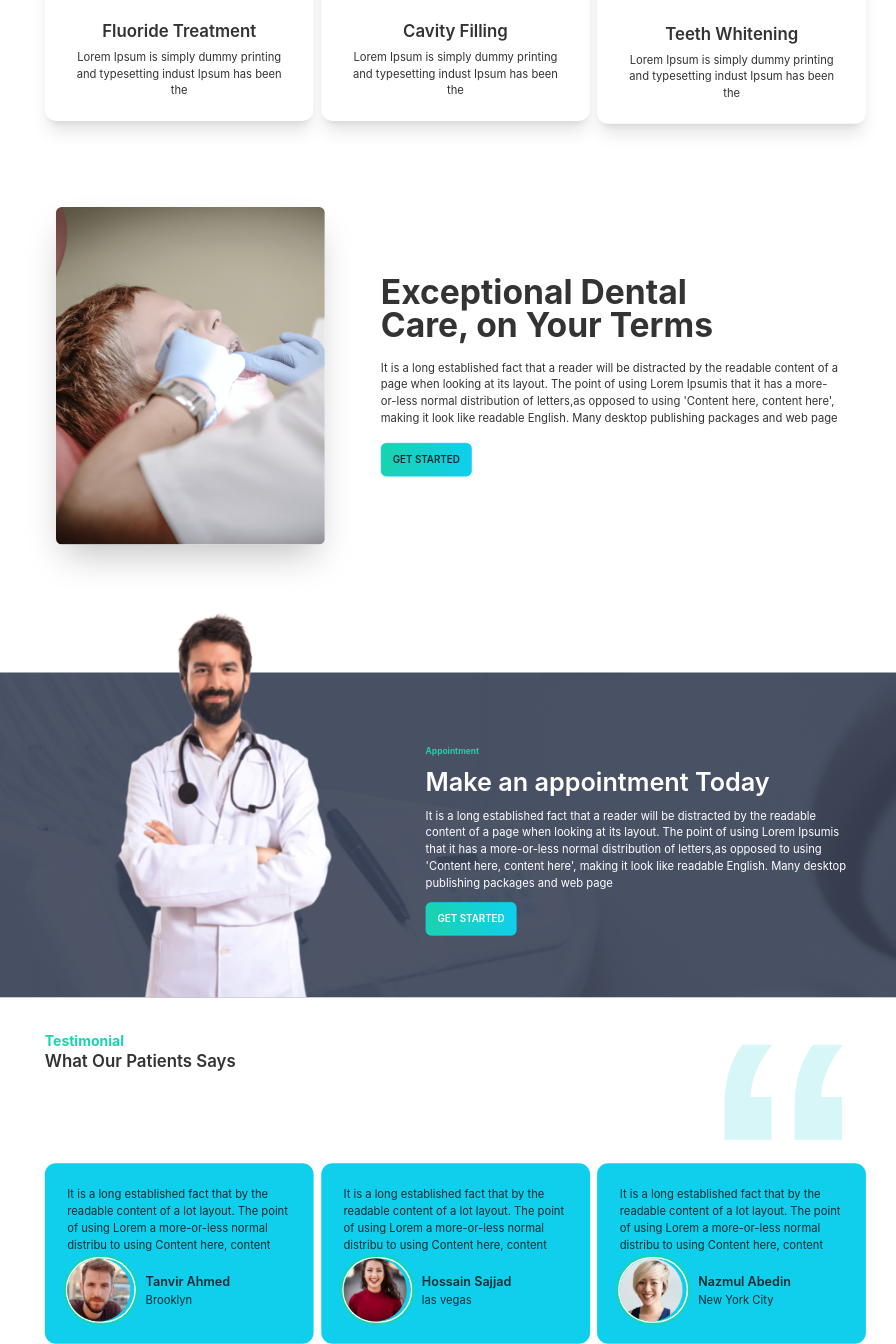
Repository: Tanvir3744/Doctors-client-website
Page: /
The author's editor kept a copy of each file at every save. The page is drawn from the files as they stood at one save, then again after the next save.
The browser window is 1280 px wide. The pictures show the part of the page from y = 1194 to 3114 px (the page is 3114 px tall), at 70% of full size.
The project was rebuilt for these pictures with package versions that can differ from the ones it lists, and the page was loaded fresh each time. Also part of the build but not shown: src/Pages/About/About.js, src/Pages/Login/Login.js, src/Pages/NotFound/NotFound.js.

Above is the page before, as saved 2022-05-25 23:07:23.

After the next save:
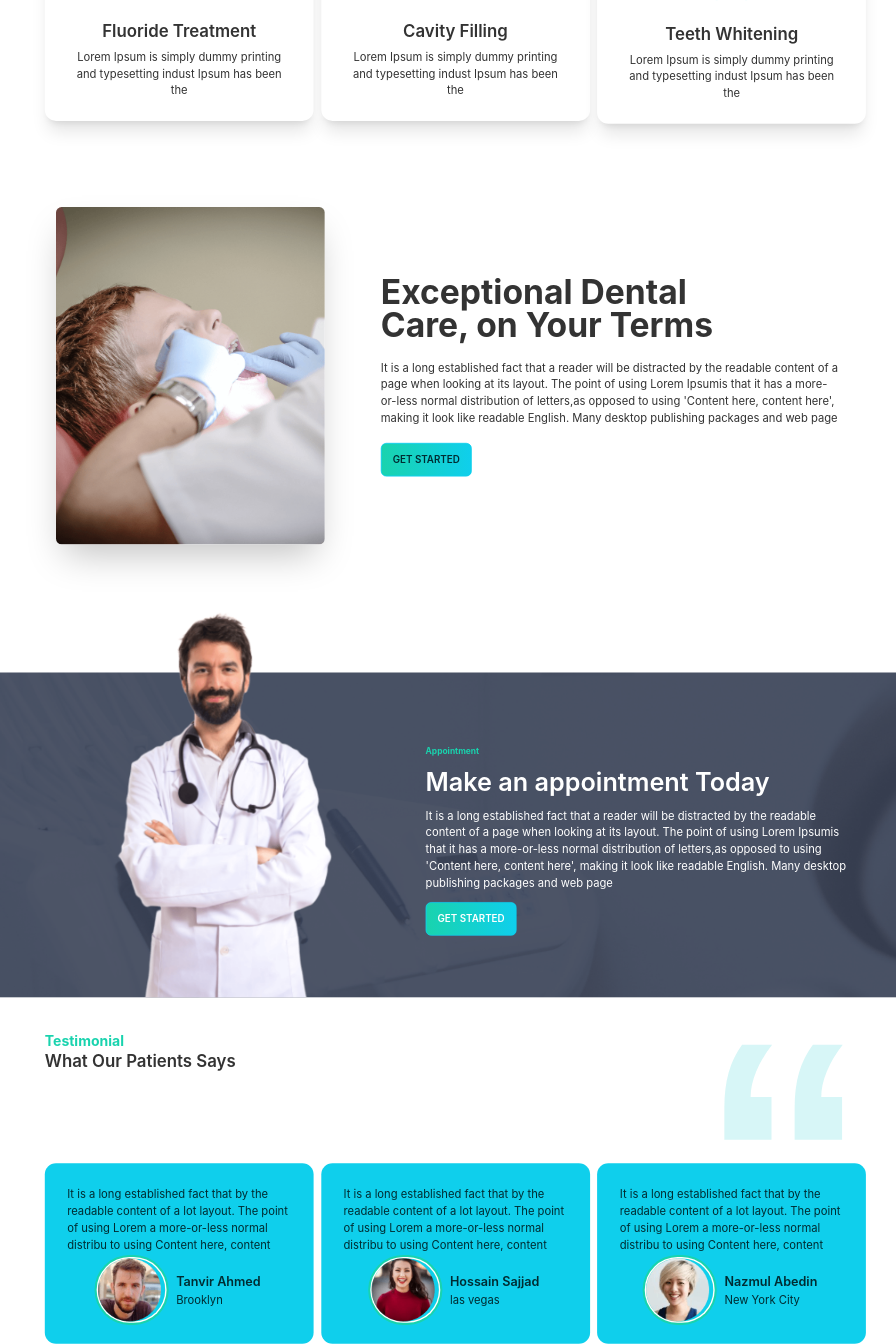
Saved 15 s later.
--- a/src/components/TestCard.js
+++ b/src/components/TestCard.js
@@ -7,7 +7,7 @@
             <div class="card w-96 bg-primary text-primary-content">
                 <div class="card-body">
                     <p>{review}</p>
-                    <div class="flex items-center ">
+                    <div class="flex items-center justify-center ">
                         <div class="w-24 rounded-full ring ring-secondary ring-offset-base-100 ring-offset-2">
                             <img src={img} />
                         </div>

After the save that followed:
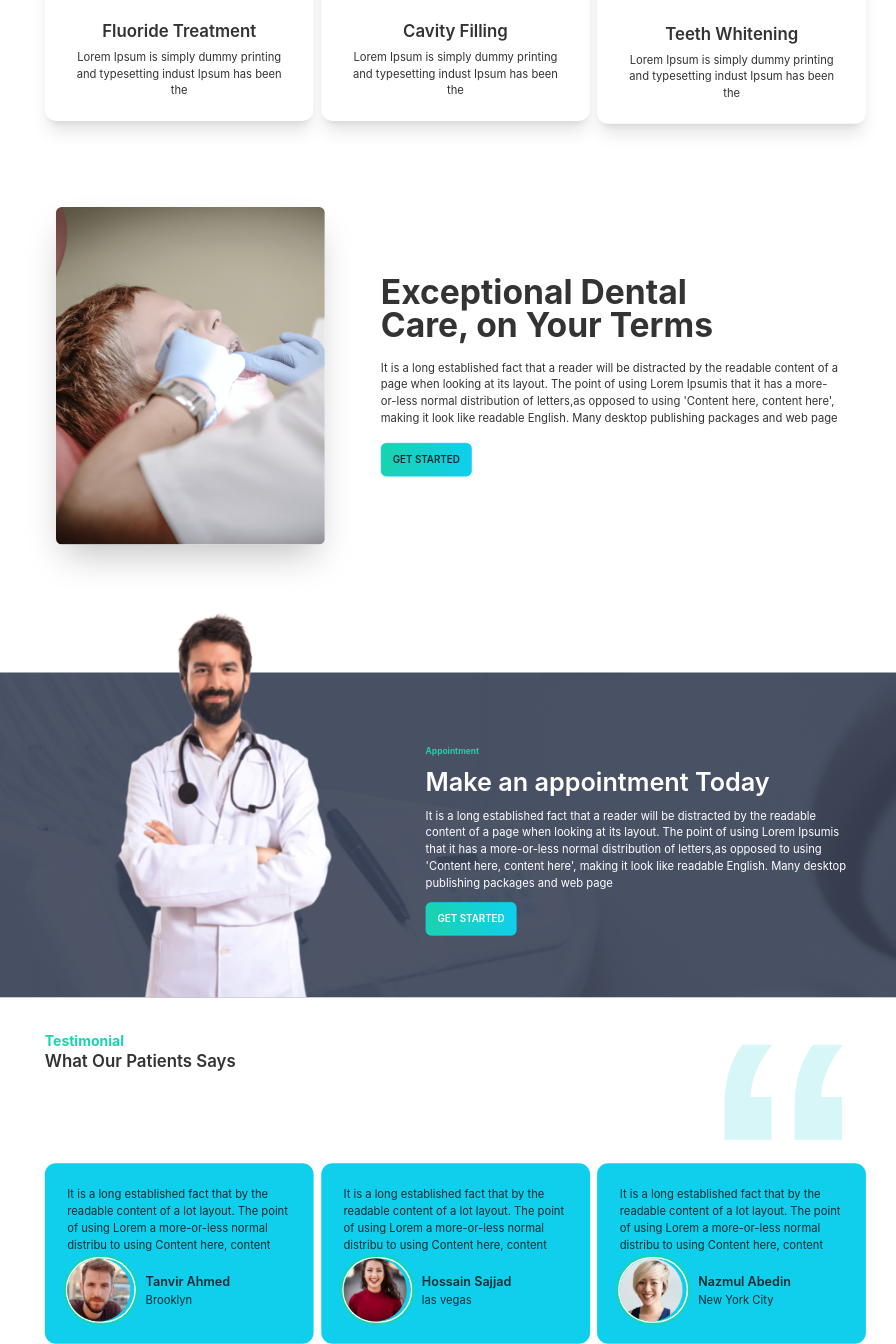
Saved 6 s later.
--- a/src/components/TestCard.js
+++ b/src/components/TestCard.js
@@ -7,7 +7,7 @@
             <div class="card w-96 bg-primary text-primary-content">
                 <div class="card-body">
                     <p>{review}</p>
-                    <div class="flex items-center justify-center ">
+                    <div class="flex items-center justify-start ">
                         <div class="w-24 rounded-full ring ring-secondary ring-offset-base-100 ring-offset-2">
                             <img src={img} />
                         </div>
